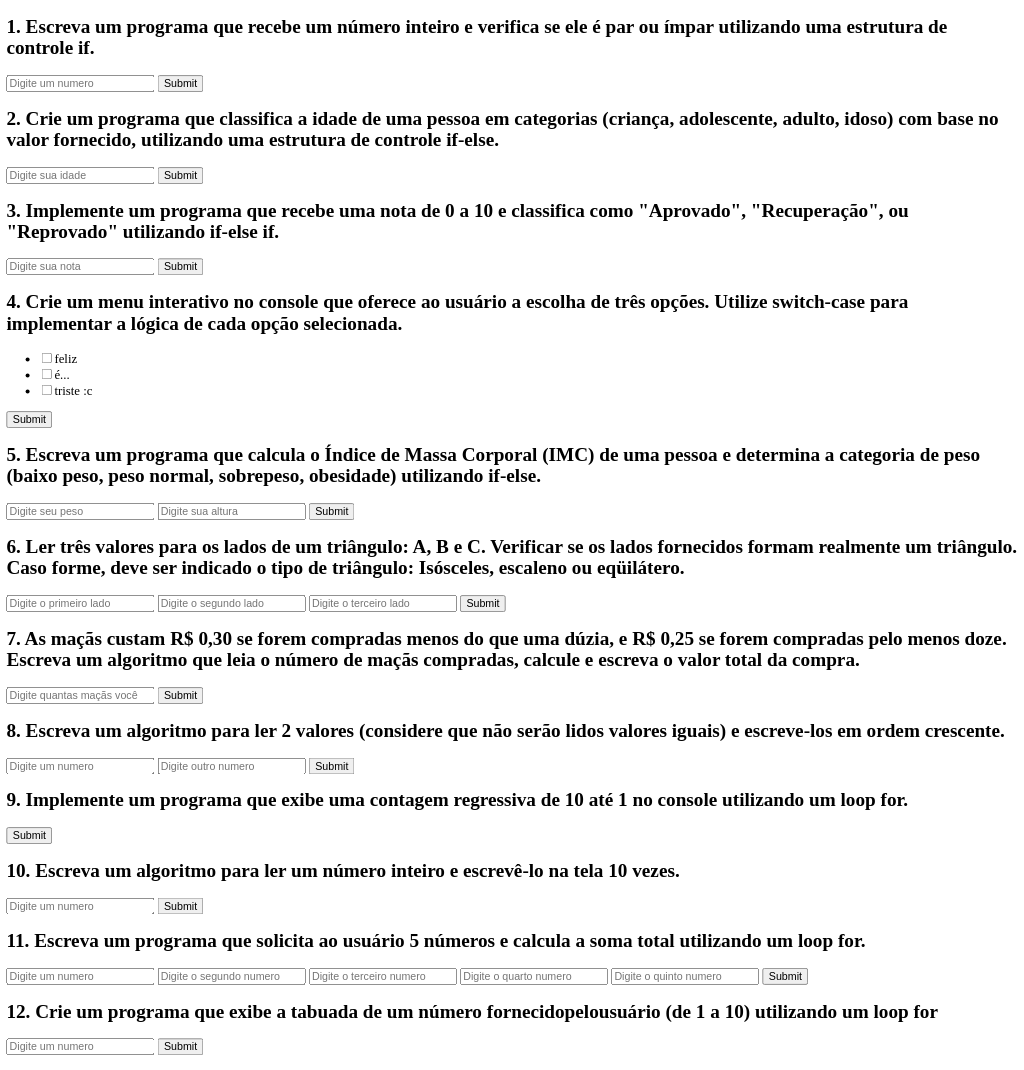
Repository: chidekina/prati-logica
Page: index.html
An editor plug-in stored every save of this project. The page is shown before and after the next save, followed by the edit.
The browser window is 1280 px wide. The pictures show the whole page, at 80% of full size.

Above is the page before, as saved 2025-05-03 10:56:12.

After the next save:
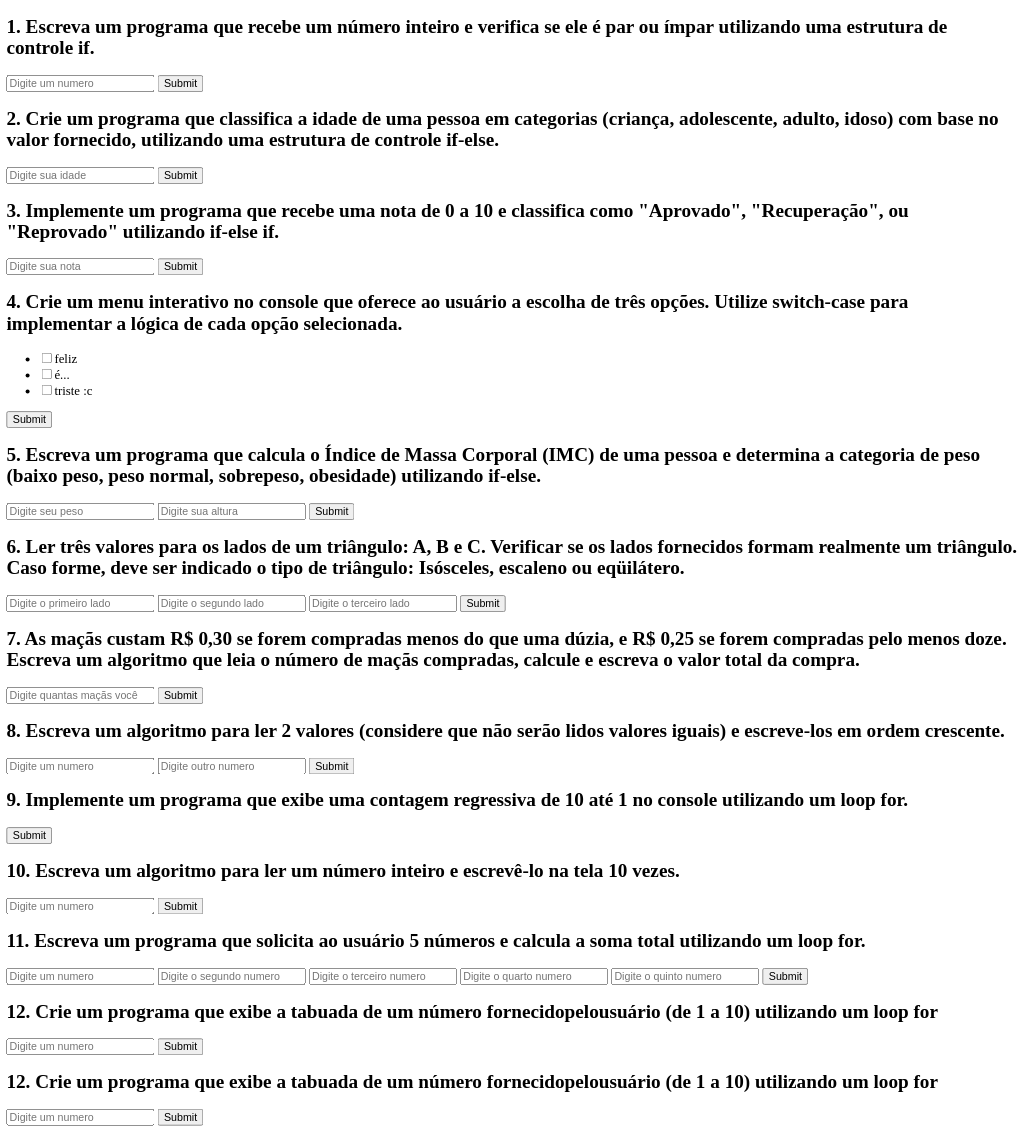
Saved 4 min 17 s later.
--- a/index.html
+++ b/index.html
@@ -111,6 +111,11 @@
         <input id="task12" type="number" placeholder="Digite um numero" />
         <input type="submit" onclick="tabuada()" />
         <h3 id="answer12"></h3>
+        <h2>12. Crie um programa que exibe a tabuada de um número fornecidopelousuário (de 1 a
+          10) utilizando um loop for</h2>
+        <input id="task12" type="number" placeholder="Digite um numero" />
+        <input type="submit" onclick="tabuada()" />
+        <h3 id="answer12"></h3>
       </div>
     </main>
     <script src="app.js"></script>
